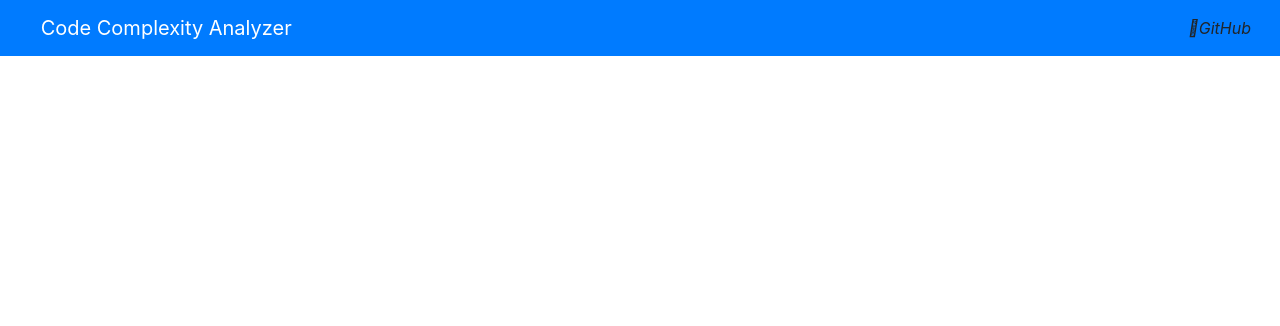
Repository: DinuwanB/Code-Complexity-Analyzer
Page: http://localhost/ITPM/Weight.jsp
The author's editor kept a copy of each file at every save. The page is drawn from the files as they stood at one save, then again after the next save.
The browser window is 1280 px wide. The pictures show the whole page.
The page is served by Tomcat 9. Other server files are loaded and not shown.

Above is the page before, as saved 2020-05-20 19:09:30.

### ITPM/src/main/webapp/Weight.jsp
<%@ page language="java" contentType="text/html; charset=ISO-8859-1"
    pageEncoding="ISO-8859-1"%>
<!DOCTYPE html>
<html>
<head>
<meta charset="ISO-8859-1">
<title>Weight</title>
<link rel="stylesheet"
	href="https://stackpath.bootstrapcdn.com/bootstrap/4.4.1/css/bootstrap.min.css"
	integrity="sha384-Vkoo8x4CGsO3+Hhxv8T/Q5PaXtkKtu6ug5TOeNV6gBiFeWPGFN9MuhOf23Q9Ifjh"
	crossorigin="anonymous">
<link
	href="https://stackpath.bootstrapcdn.com/font-awesome/4.7.0/css/font-awesome.min.css"
	rel="stylesheet"
	integrity="sha384-wvfXpqpZZVQGK6TAh5PVlGOfQNHSoD2xbE+QkPxCAFlNEevoEH3Sl0sibVcOQVnN"
	crossorigin="anonymous">
</head>
<body>
<nav class="navbar navbar-dark bg-primary">
		<div class="container">
			<a class="navbar-brand" href="#">Code Complexity Analyzer</a>
		</div>
		<button class="btn btn" type="submit" id="inputGroupFileAddon04">
			<i class="fab fa-github-square">GitHub</i>
		</button>

	</nav>
	<br>
	<br>
</body>
</html>

After the next save:
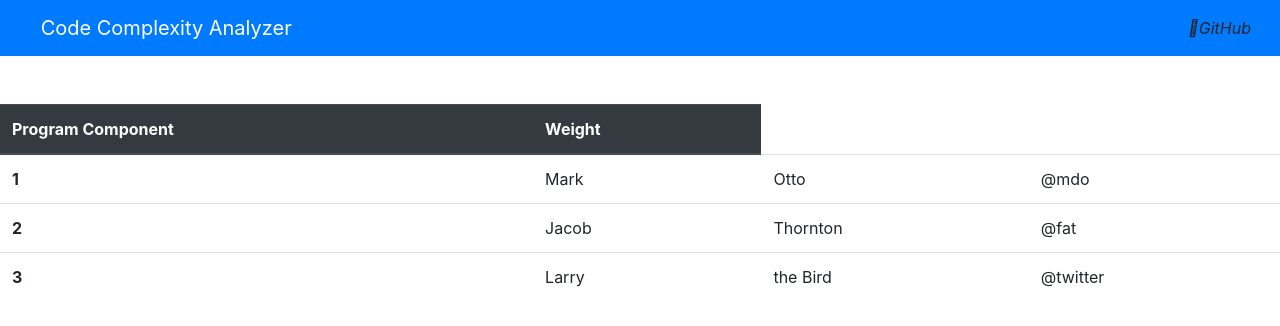
Saved 15 min 45 s later.
--- a/ITPM/src/main/webapp/Weight.jsp
+++ b/ITPM/src/main/webapp/Weight.jsp
@@ -27,5 +27,33 @@
 	</nav>
 	<br>
 	<br>
+	<table class="table">
+  <thead class="thead-dark">
+    <tr>
+      <th scope="col">Program Component</th>
+      <th scope="col">Weight</th>
+    </tr>
+  </thead>
+  <tbody>
+    <tr>
+      <th scope="row">1</th>
+      <td>Mark</td>
+      <td>Otto</td>
+      <td>@mdo</td>
+    </tr>
+    <tr>
+      <th scope="row">2</th>
+      <td>Jacob</td>
+      <td>Thornton</td>
+      <td>@fat</td>
+    </tr>
+    <tr>
+      <th scope="row">3</th>
+      <td>Larry</td>
+      <td>the Bird</td>
+      <td>@twitter</td>
+    </tr>
+  </tbody>
+</table>
 </body>
 </html>
